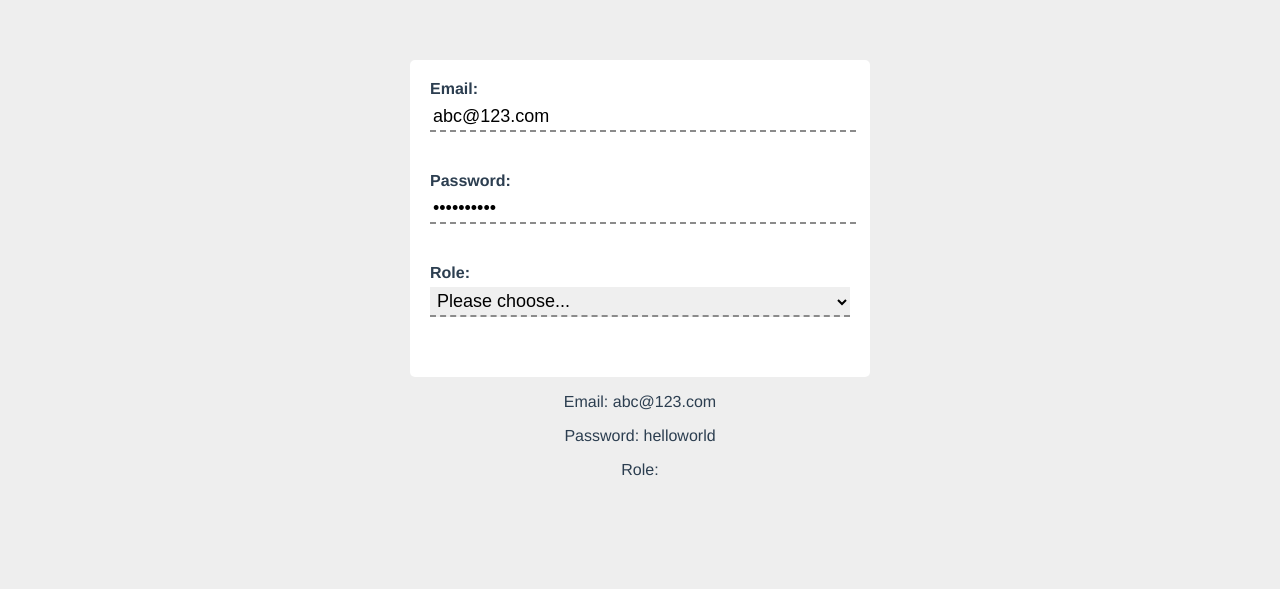
Repository: technogize/vue-forms
Page: /
The author's editor kept a copy of each file at every save. The page is drawn from the files as they stood at one save, then again after the next save.
The browser window is 1280 px wide. The pictures show the whole page.
The project was rebuilt for these pictures with package versions that can differ from the ones it lists, and the page was loaded fresh each time.

Above is the page before, as saved 2021-02-26 14:28:15.

After the next save:
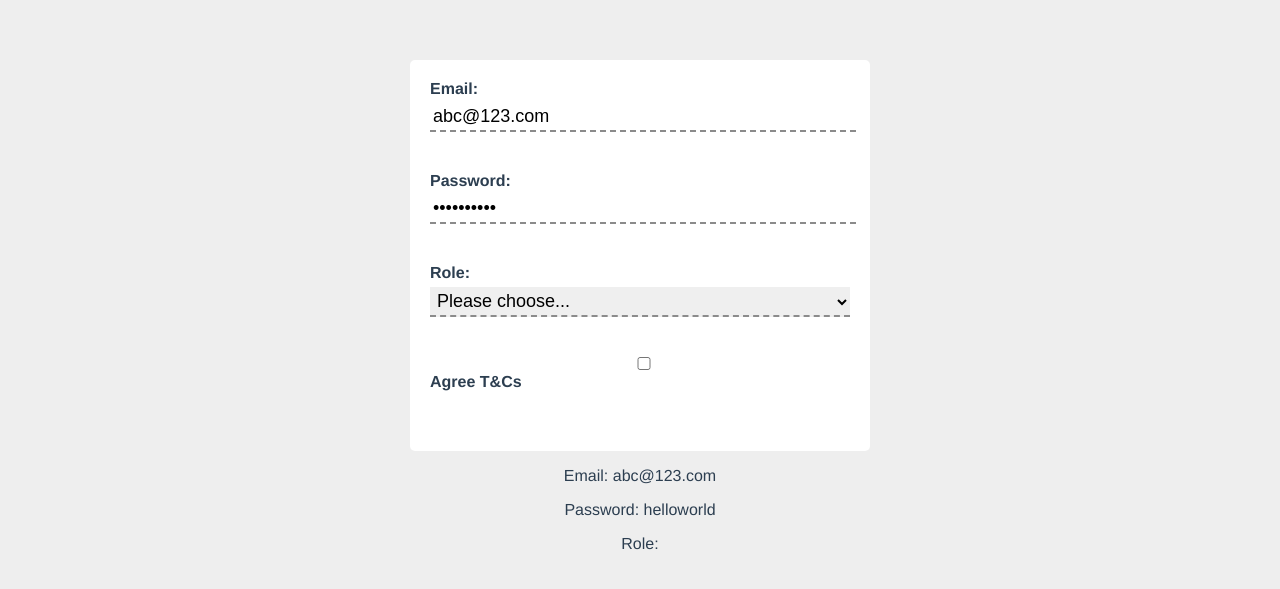
Saved 96 s later.
--- a/src/components/SignupForm.vue
+++ b/src/components/SignupForm.vue
@@ -1,6 +1,10 @@
 <template>
   <form>
-    <!-- v-model syncs the data in the input with the data properties -->
+    <!--
+      v-model syncs the data in the input with the data properties.
+      We can set the default value of a form element by entering it
+      in the data().
+    -->
     <div class="field">
       <label>Email: </label>
       <input type="email" required v-model="email" />
@@ -16,6 +20,10 @@
         <option value="Designer">Web Designer</option>
         <option value="Developer">Web Developer</option>
       </select>
+    </div>
+    <div class="field">
+      <input type="checkbox" required />
+      <label>Agree T&amp;Cs</label>
     </div>
   </form>
 
